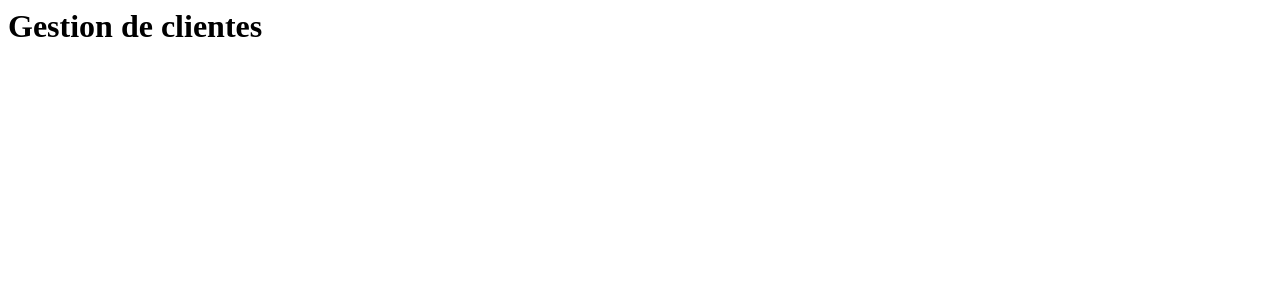
Repository: geraldine-ventura/Practicando.net
Page: index 2.html
An editor plug-in stored every save of this project. The page is shown before and after the next save, followed by the edit.
The browser window is 1280 px wide. The pictures show the whole page.

Above is the page before, as saved 2022-12-20 10:51:57.

After the next save:
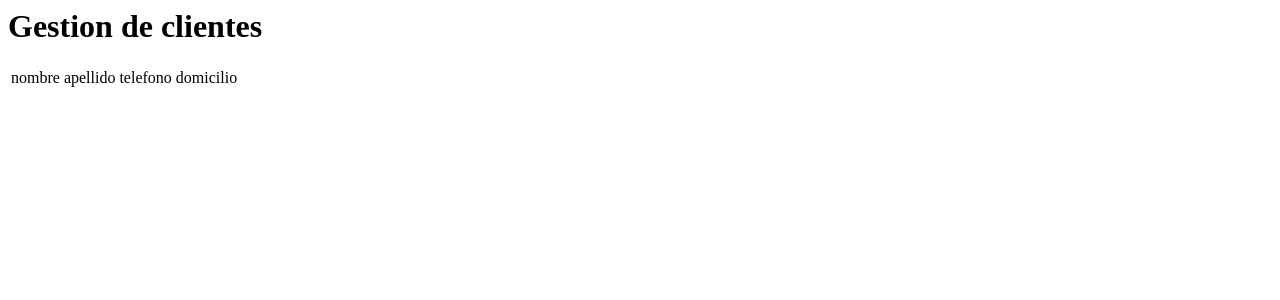
Saved 2 min 28 s later.
--- a/index 2.html
+++ b/index 2.html
@@ -1 +1,9 @@
 <h1>Gestion de clientes</h1>
+<table>
+    <tr>
+        <td>nombre</td>
+        <td>apellido</td>
+        <td>telefono</td>
+        <td>domicilio</td>
+    </tr>
+</table>
